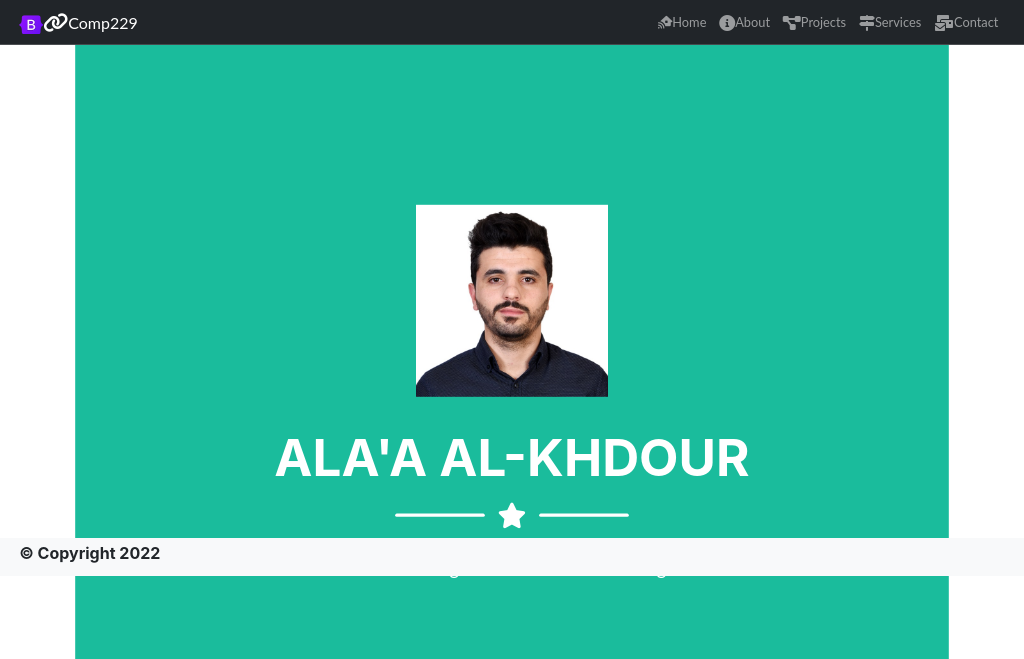
Repository: alaakhdour/heroukulivesite-section1
Page: http://localhost/
An editor plug-in stored every save of this project. The page is shown before and after the next save, followed by the edit.
The browser window is 1280 px wide. The pictures show the whole page, at 80% of full size.
The page is served by the project's Node server (server.js).

Above is the page before, as saved 2022-06-17 08:08:32.

After the next save:
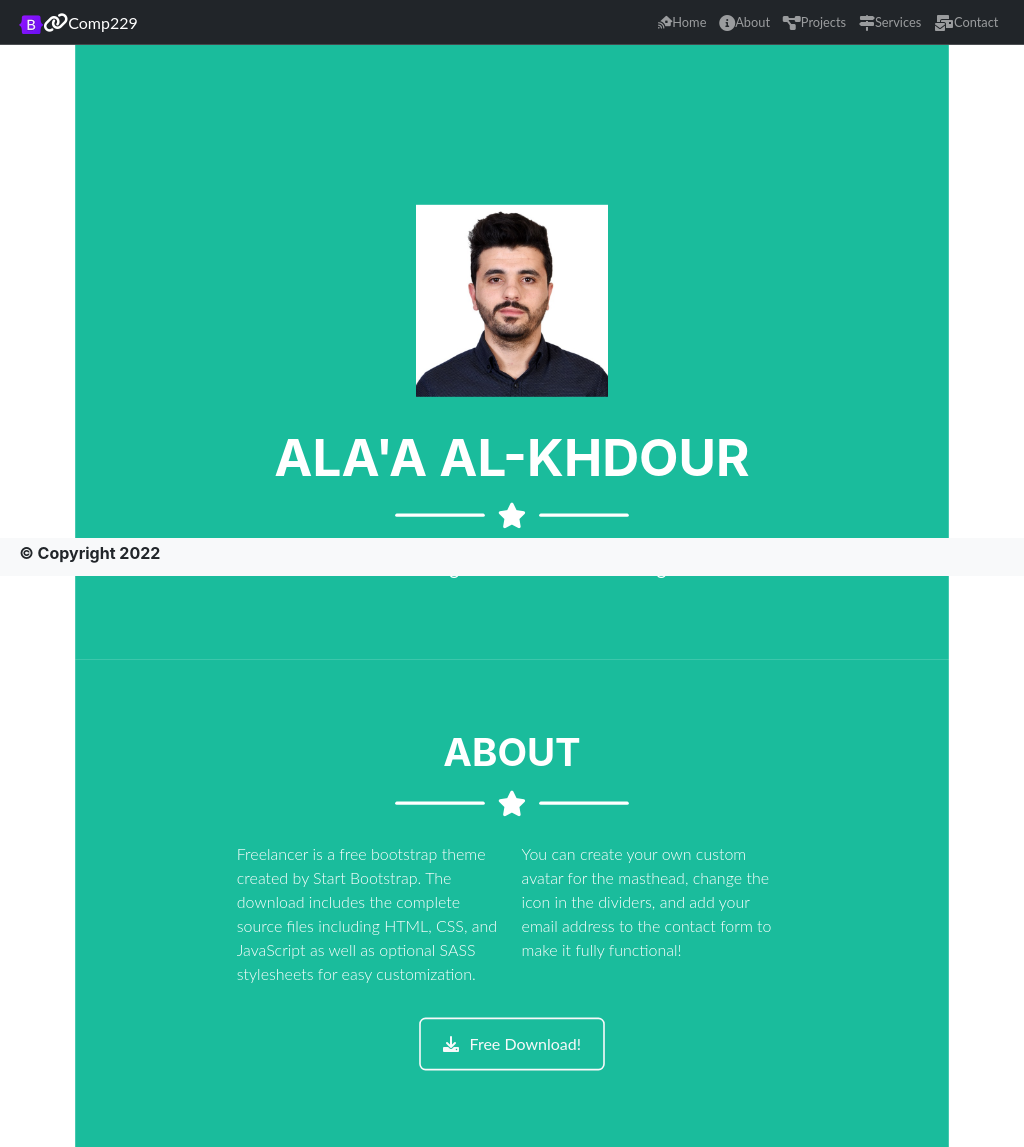
Saved 83 s later.
--- a/Server/Views/content/home.ejs
+++ b/Server/Views/content/home.ejs
@@ -15,4 +15,31 @@
             <p class="masthead-subheading font-weight-light mb-0">Software Engineer - Centennial  College</p>
         </div>
     </header>
+
+
+
+    <section class="page-section bg-primary text-white mb-0" id="about">
+        <div class="container">
+            <!-- About Section Heading-->
+            <h2 class="page-section-heading text-center text-uppercase text-white">About</h2>
+            <!-- Icon Divider-->
+            <div class="divider-custom divider-light">
+                <div class="divider-custom-line"></div>
+                <div class="divider-custom-icon"><i class="fas fa-star"></i></div>
+                <div class="divider-custom-line"></div>
+            </div>
+            <!-- About Section Content-->
+            <div class="row">
+                <div class="col-lg-4 ms-auto"><p class="lead">Freelancer is a free bootstrap theme created by Start Bootstrap. The download includes the complete source files including HTML, CSS, and JavaScript as well as optional SASS stylesheets for easy customization.</p></div>
+                <div class="col-lg-4 me-auto"><p class="lead">You can create your own custom avatar for the masthead, change the icon in the dividers, and add your email address to the contact form to make it fully functional!</p></div>
+            </div>
+            <!-- About Section Button-->
+            <div class="text-center mt-4">
+                <a class="btn btn-xl btn-outline-light" href="https://startbootstrap.com/theme/freelancer/">
+                    <i class="fas fa-download me-2"></i>
+                    Free Download!
+                </a>
+            </div>
+        </div>
+    </section>
 </div>
